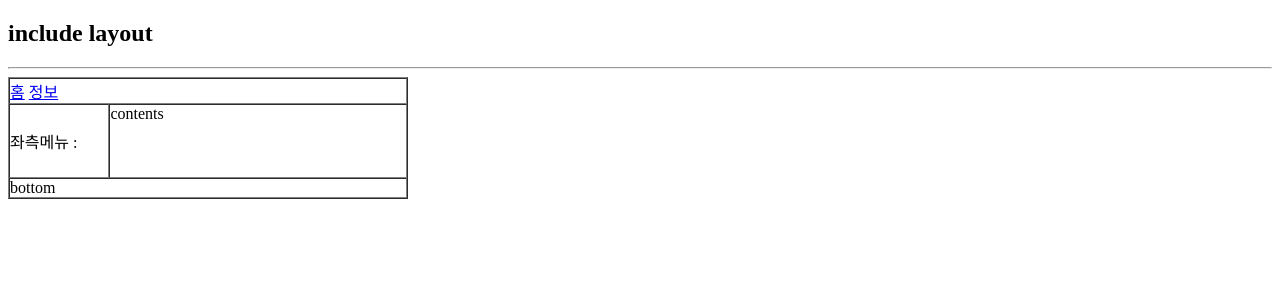
Repository: kimjoohye/study_WEB
Page: http://localhost/studyhtml5/jsp/j03/layout.jsp
These files come from the project's save history. The page is drawn as it stood at one moment and after the next save; the edit follows.
The browser window is 1280 px wide. The pictures show the whole page.
The page is served by Tomcat 9.

Above is the page before, as saved 2022-05-18 00:32:43.

After the next save:
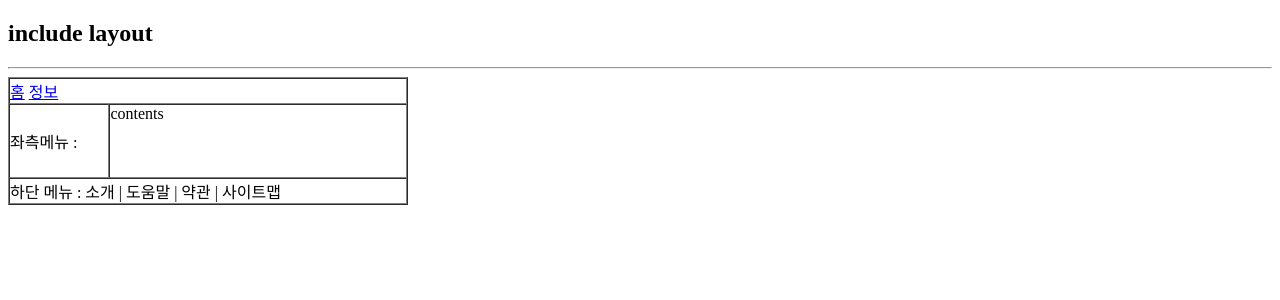
Saved 27 s later.
--- a/workspace/studyhtml5/WebContent/jsp/j03/layout.jsp
+++ b/workspace/studyhtml5/WebContent/jsp/j03/layout.jsp
@@ -19,7 +19,7 @@
 	   <td width="300">contents<br/><br/><br/><br/></td>
 	 </tr>
 	 <tr>
-	   <td colspan="2">bottom</td>
+	   <td colspan="2"><jsp:include page="/jsp/j03/bottom.jsp"></jsp:include> </td>
 	 </tr>
 	</table>
 
